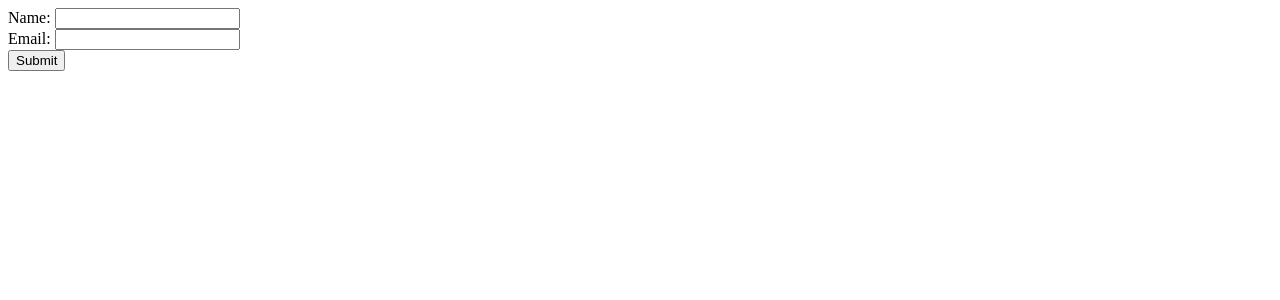
Repository: hisu87/WEB1043-JS
Page: Lab-Done-JS/Lab-7/html/three.html
These files come from the project's save history. The page is drawn as it stood at one moment and after the next save; the edit follows.
The browser window is 1280 px wide. The pictures show the whole page.

Above is the page before, as saved 2023-04-08 12:00:45.

After the next save:
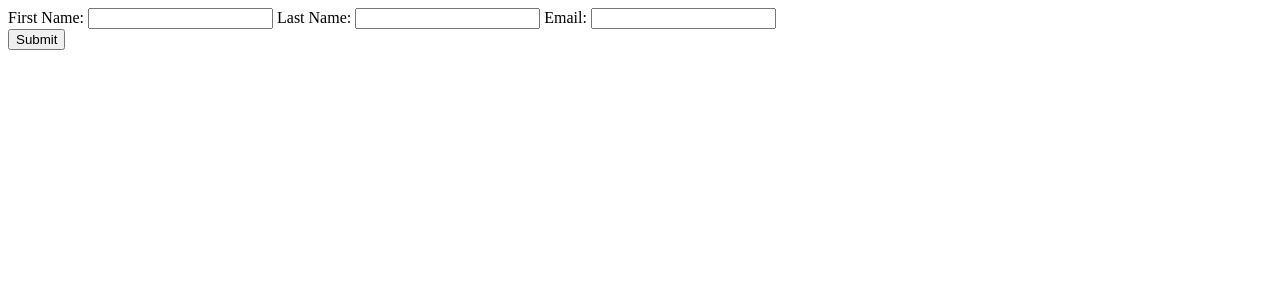
Saved 3 min 14 s later.
--- a/Lab-Done-JS/Lab-7/html/three.html
+++ b/Lab-Done-JS/Lab-7/html/three.html
@@ -7,8 +7,13 @@
 <!-- In your HTML file -->
 <!-- In your HTML file -->
 <form action="reciver.html" method="post">
-	<label for="name">Name:</label>
-	<input type="text" id="name" name="name"><br>
+	<label for="fName">First Name:</label>
+	<input type="text" id="fName" name="fName">
+
+	<label for="lName">Last Name:</label>
+	<input type="text" id="lName" name="lName">
+
+
 
 	<label for="email">Email:</label>
 	<input type="email" id="email" name="email"><br>
@@ -22,11 +27,14 @@
 	form.addEventListener('submit', (event) => {
 		event.preventDefault();
 
-		const name = document.querySelector('#name').value;
+		const fName = document.querySelector('#fName').value;
+		const lName = document.querySelector('#lName').value;
 		const email = document.querySelector('#email').value;
 
 		const url = new URL('reciver.html', window.location.href);
-		url.searchParams.set('name', name);
+		url.searchParams.set('fName', fName);
+		url.searchParams.set('lName', lName);
+
 		url.searchParams.set('email', email);
 
 		window.location.href = url.toString();
